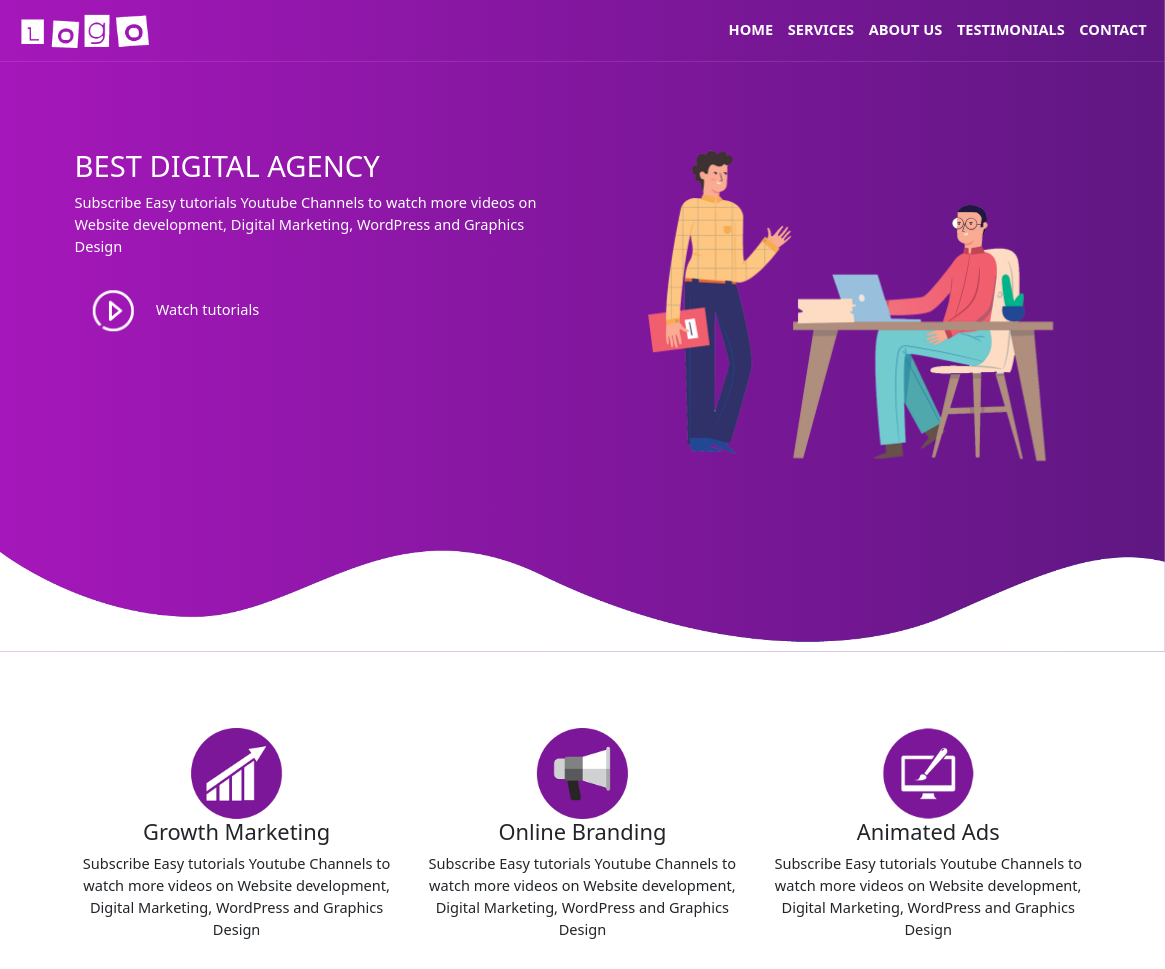
Repository: wadelfadill/Bootstrap_tache_2_website_design
Page: index.html
The author's editor kept a copy of each file at every save. The page is drawn from the files as they stood at one save, then again after the next save.
The browser window is 1280 px wide. The pictures show the whole page, at 91% of full size.
Some web libraries are served in a nearby version.

Above is the page before, as saved 2023-04-05 16:31:43.

After the next save:
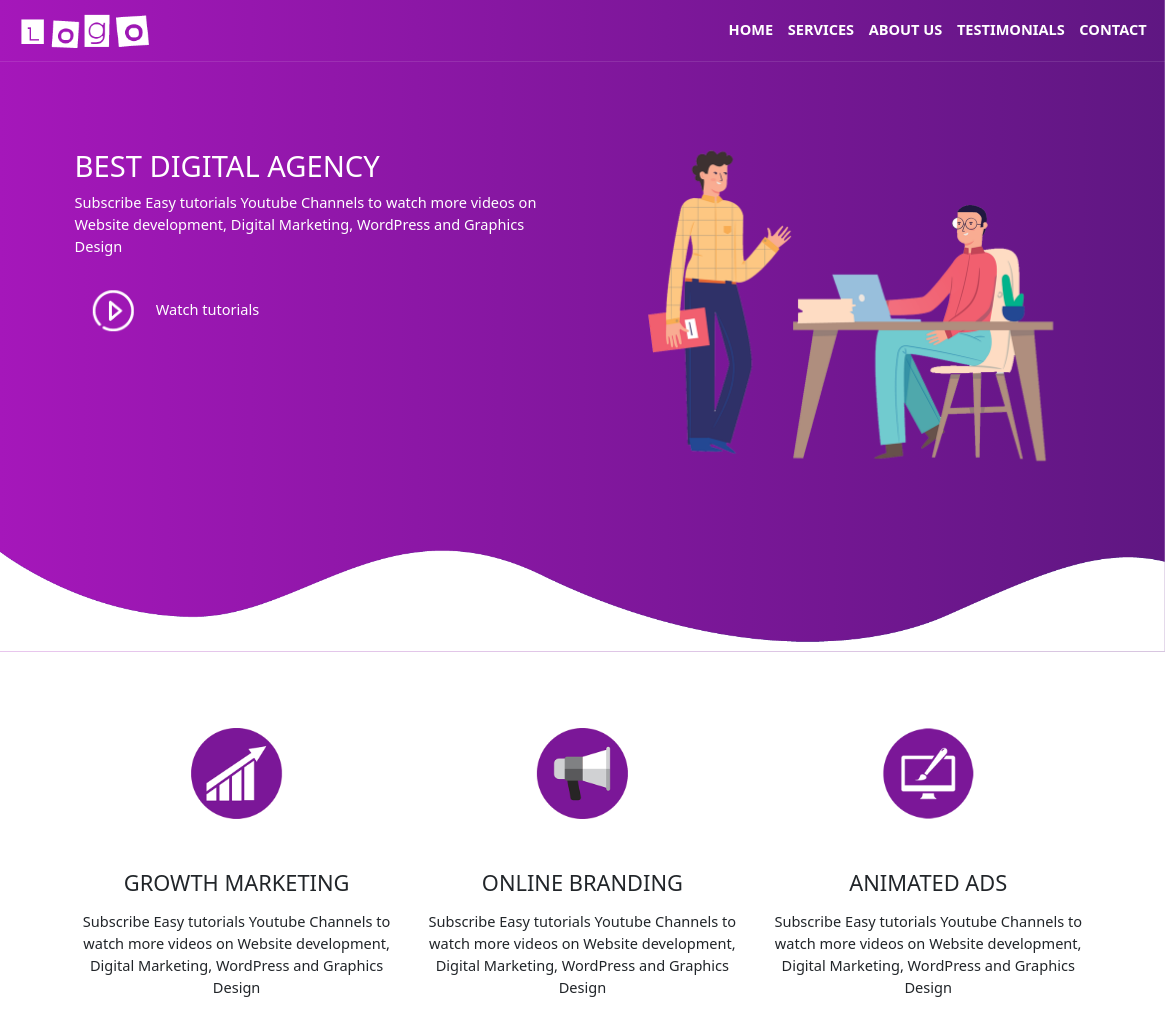
Saved 2 min 13 s later.
--- a/index.html
+++ b/index.html
@@ -68,7 +68,7 @@
           <div class="row text-center">
             <div class="col-md-4 p-3">
               <img src="images/service1.png" alt="" class="service-img">
-              <h4>Growth Marketing</h4>
+              <h4 class="p-2 mt-5 text-uppercase">Growth Marketing</h4>
               <p>
                 Subscribe Easy tutorials Youtube Channels to watch more videos on
                 Website development, Digital Marketing, WordPress and Graphics Design
@@ -76,7 +76,7 @@
             </div>
             <div class="col-md-4 p-3">
               <img src="images/service2.png" alt="" class="service-img">
-              <h4>Online Branding</h4>
+              <h4 class="p-2 mt-5 text-uppercase">Online Branding</h4>
               <p>
                 Subscribe Easy tutorials Youtube Channels to watch more videos on
                 Website development, Digital Marketing, WordPress and Graphics Design
@@ -84,7 +84,7 @@
             </div>
             <div class="col-md-4 p-3">
               <img src="images/service3.png" alt="" class="service-img">
-              <h4>Animated Ads</h4>
+              <h4 class="p-2 mt-5 text-uppercase">Animated Ads</h4>
               <p>
                 Subscribe Easy tutorials Youtube Channels to watch more videos on
                 Website development, Digital Marketing, WordPress and Graphics Design
